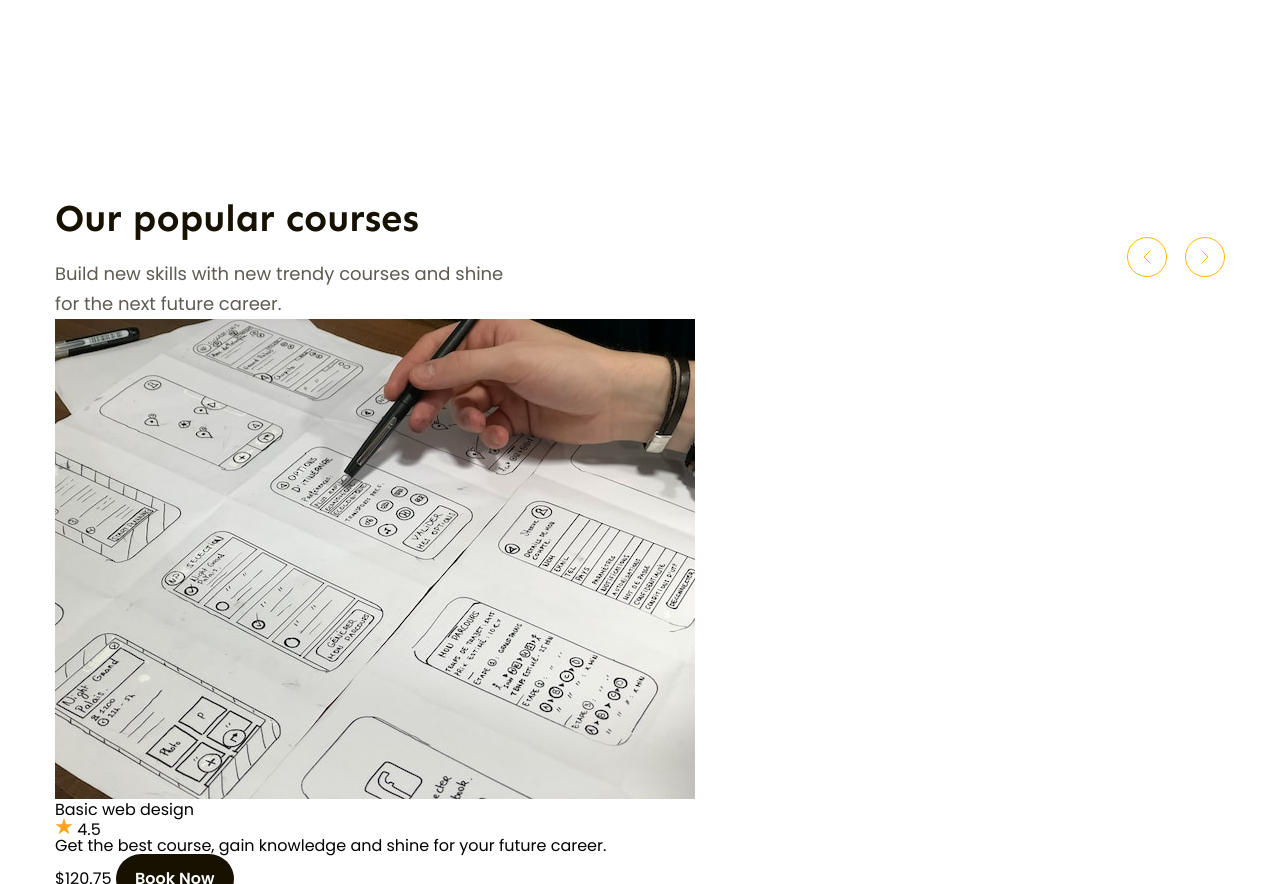
Repository: Tran-Dat/F8-Project-02
Page: index.html
These files come from the project's save history. The page is drawn as it stood at one moment and after the next save; the edit follows.
The browser window is 1280 px wide. The pictures show the part of the page from y = 905 to 1789 px (the page is 3457 px tall before and 3512 px after).
A picture or video elsewhere on the page could not be fetched, so the positions and the page height are approximate.

Above is the page before, as saved 2023-03-30 18:25:19.

After the next save:
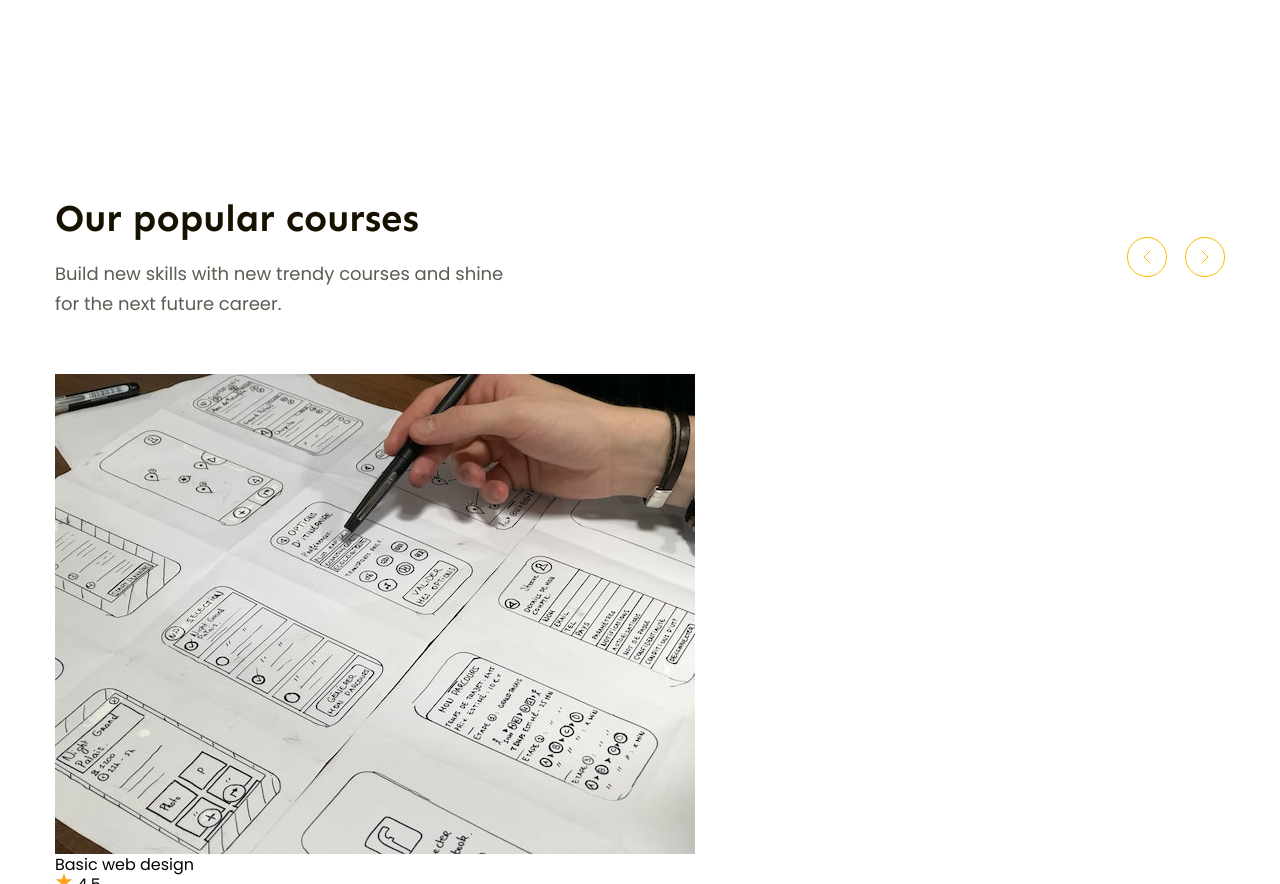
Saved 108 s later.
--- a/assets/css/styles.css
+++ b/assets/css/styles.css
@@ -311,3 +311,9 @@ a {
     border: 1px solid var(--primary-color);
     cursor: pointer;
 }
+
+/* ========= course-list ========= */
+
+.course-list {
+    margin-top: 55px;
+}
